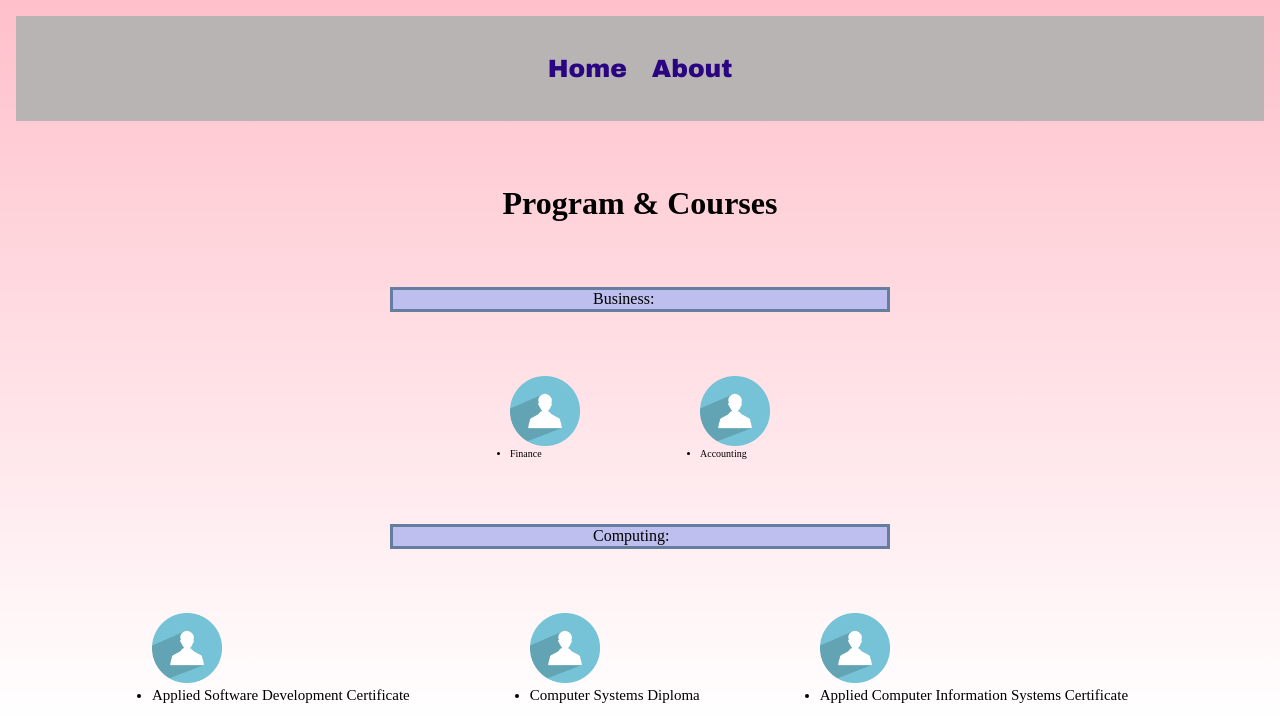
Repository: anoncoderin/madhu-assignment3
Page: /
These files come from the project's save history. The page is drawn as it stood at one moment and after the next save; the edit follows.
The browser window is 1280 px wide. The pictures show the whole page.
The project was rebuilt for these pictures with package versions that can differ from the ones it lists, and the page was loaded fresh each time. The framework's server and built-in components were replaced by stand-ins that run in the browser. Also part of the build but not shown: next.config.js, components/Card/Card.module.css.

Above is the page before, as saved 2023-01-22 23:08:13.

After the next save:
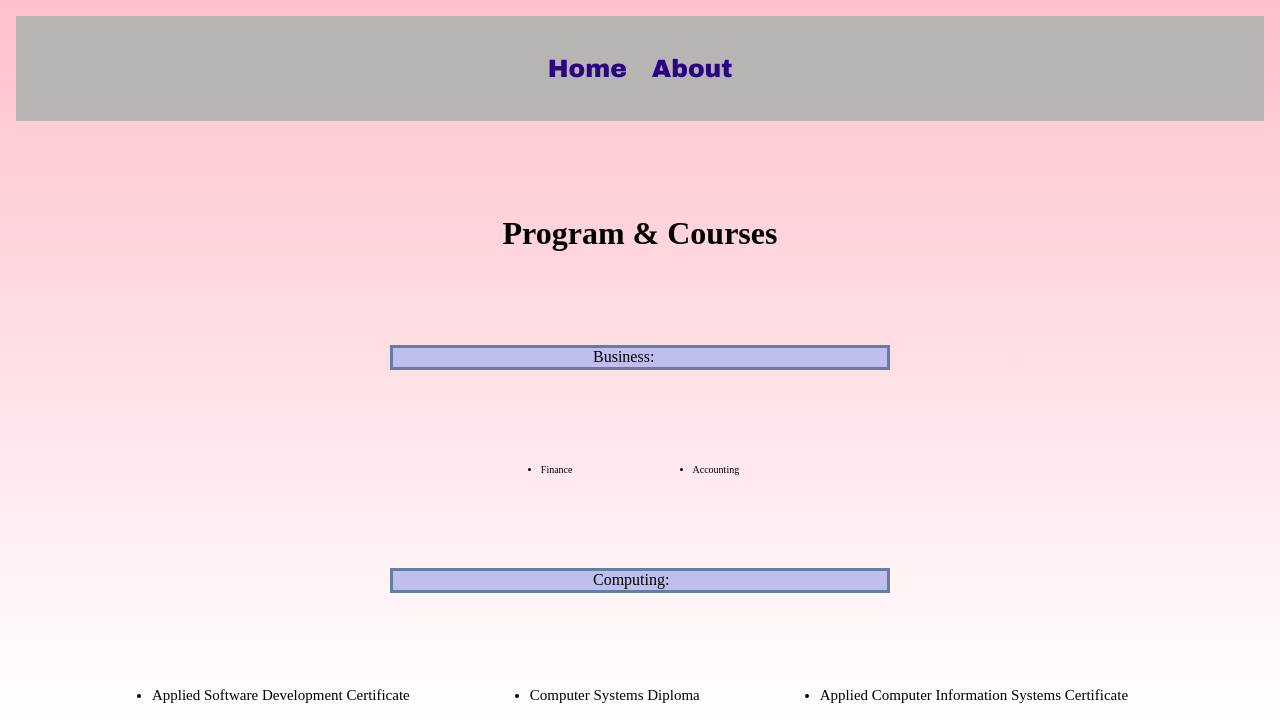
Saved 2 min 25 s later.
--- a/components/Card/index.js
+++ b/components/Card/index.js
@@ -8,7 +8,7 @@ export default function Card(
 ){
     return(
         <div  style={{backgroundcolor:color, fontSize:font }}>
-           <img src={'icon/person.png'} width="70px"></img>
+
            <ul> <li>{degree}
             </li>
 
